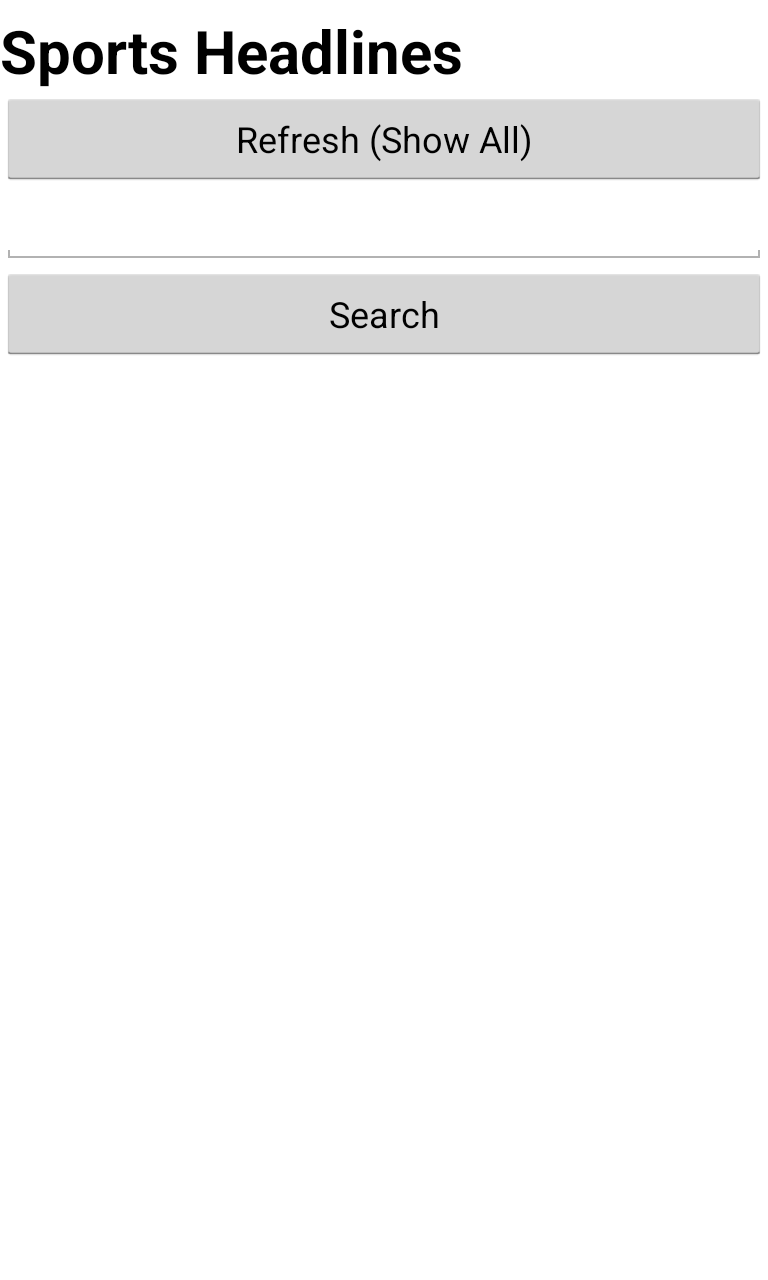
Repository: jbentley313/java2_Bentley2
Layout: sportsHeadlines/res/layout/activity_main.xml
These files come from the project's save history. The layout is drawn as it stood at one moment and after the next save; the edit follows.
It is drawn on a 768 x 1280 px phone screen (xhdpi) without system bars, with theme AppTheme; the app's code is not run. Lists and similar views that code fills are empty.

Above is the layout before, as saved 2014-01-17 01:15:46.

### sportsHeadlines/res/layout/activity_main.xml
<LinearLayout xmlns:android="http://schemas.android.com/apk/res/android"
    xmlns:tools="http://schemas.android.com/tools"
    android:layout_width="fill_parent"
    android:layout_height="wrap_content"
    android:orientation="vertical" >

    <TextView
        android:id="@+id/titleTextView"
        style="@style/TitleStyle"
        android:layout_width="match_parent"
        android:layout_height="wrap_content"
        android:text="@string/sports_headlines" />


    <Button
        android:id="@+id/firstButton"
        android:layout_width="fill_parent"
        android:layout_height="wrap_content"
        android:text="@string/refresh" />

    <EditText
        android:id="@+id/searchTxt"
        android:layout_width="fill_parent"
        android:layout_height="wrap_content"

        />

     <Button
        android:id="@+id/searchButton"
        android:layout_width="fill_parent"
        android:layout_height="wrap_content"
        android:text="@string/search" />

    <TextView
        android:id="@+id/resultTextView"
        android:layout_width="match_parent"
        android:layout_height="wrap_content" />

    <ListView
        android:id="@+id/list"
        android:layout_width="match_parent"
        android:layout_height="wrap_content"
        android:divider="#ffffff"
        style="@style/bgStyle" />


</LinearLayout>

### sportsHeadlines/res/values/styles.xml
<resources xmlns:android="http://schemas.android.com/apk/res/android">

    <!--
        Base application theme, dependent on API level. This theme is replaced
        by AppBaseTheme from res/values-vXX/styles.xml on newer devices.
    -->
    <style name="AppBaseTheme" parent="android:Theme.Light">
        <!--
            Theme customizations available in newer API levels can go in
            res/values-vXX/styles.xml, while customizations related to
            backward-compatibility can go here.
        -->
    </style>

    <!-- Application theme. -->
    <style name="AppTheme" parent="AppBaseTheme">
        <!-- All customizations that are NOT specific to a particular API-level can go here. -->
    </style>

    <style name="TitleStyle">
        <item name="android:textStyle">bold</item>
        <item name="android:textColor">@android:color/black</item>
        <item name="android:textSize">30sp</item>
        <item name="android:paddingTop">5dp</item>
    </style>

    <style name="HLTitleStyle">
        <item name="android:textStyle">bold</item>
        <item name="android:textColor">@android:color/black</item>
        <item name="android:textSize">20sp</item>
        <item name="android:paddingTop">5dp</item>
    </style>

    <style name="bgStyle">
        <item name="android:background">@android:color/holo_blue_light</item>

    </style>

</resources>

### sportsHeadlines/res/values/strings.xml
<?xml version="1.0" encoding="utf-8"?>
<resources>

    <string name="app_name">sportsHeadlines</string>
    <string name="action_settings">Settings</string>
    <string name="hello_world">Hello world!</string>
    <string name="sports_headlines">Sports Headlines</string>
    <string name="headline">Headline</string>
    <string name="last_modified">Last Modified</string>
    <string name="refresh">Refresh (Show All)</string>
    <string name="title_activity_headline_display">HeadlineDisplay</string>
    <string name="title_activity_display_headlines">DisplayHeadlines</string>
    <string name="title_activity_headline">HeadlineActivity</string>
    <string name="more_about_this_on_espn">more about this on ESPN</string>
    <string name="search">Search</string>

</resources>

Loaded but not shown: sportsHeadlines/res/values-v11/styles.xml (common file); sportsHeadlines/res/values-v14/styles.xml (common file)

After the next save:
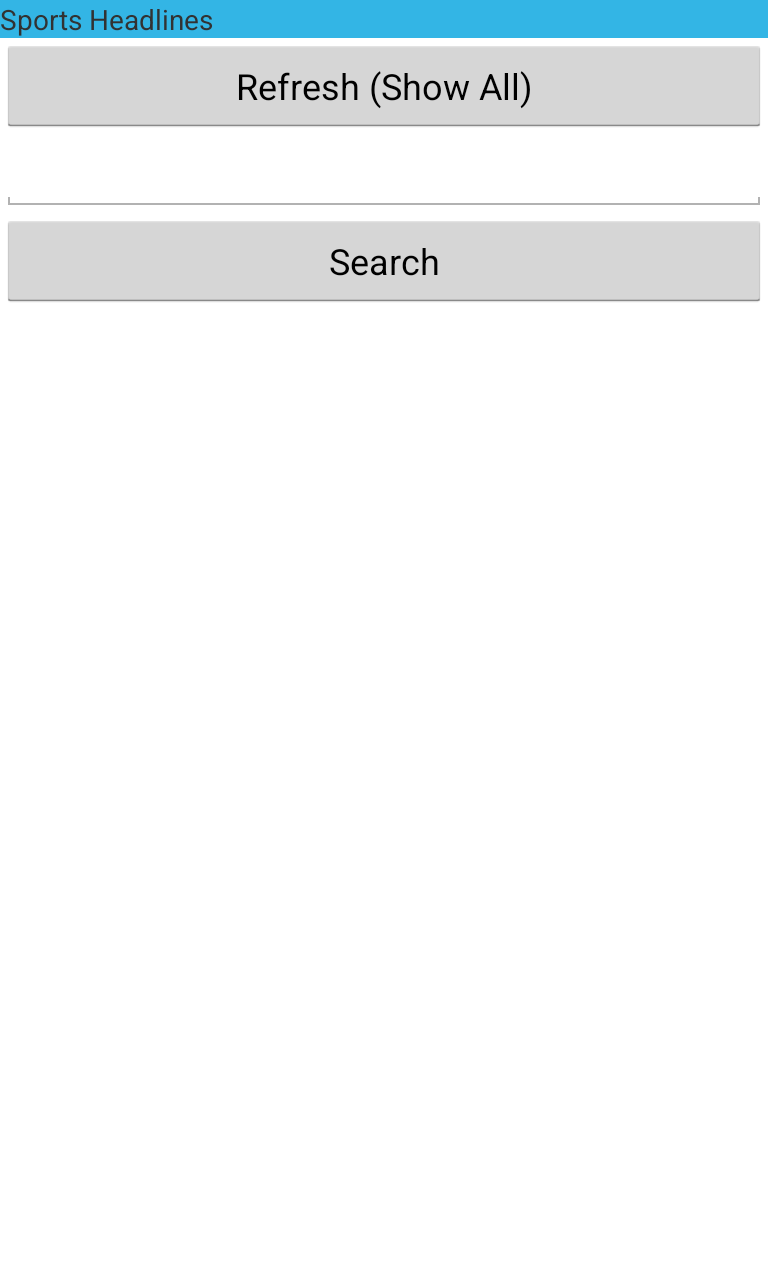
Saved 43 s later.
--- a/sportsHeadlines/res/layout/activity_main.xml
+++ b/sportsHeadlines/res/layout/activity_main.xml
@@ -9,7 +9,8 @@
         style="@style/TitleStyle"
         android:layout_width="match_parent"
         android:layout_height="wrap_content"
-        android:text="@string/sports_headlines" />
+        android:text="@string/sports_headlines"
+        style="@style/bgStyle"/>
 
 
     <Button

After the save that followed:
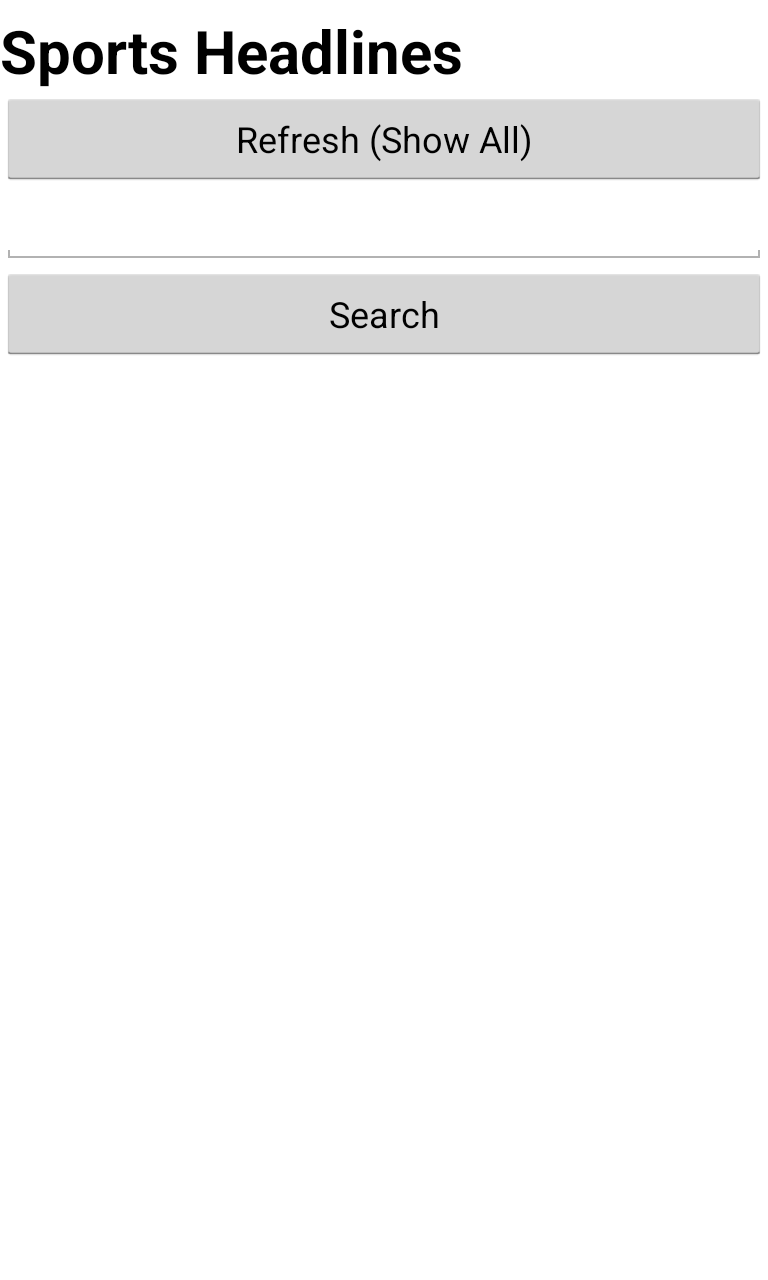
Saved 26 s later.
--- a/sportsHeadlines/res/layout/activity_main.xml
+++ b/sportsHeadlines/res/layout/activity_main.xml
@@ -10,7 +10,7 @@
         android:layout_width="match_parent"
         android:layout_height="wrap_content"
         android:text="@string/sports_headlines"
-        style="@style/bgStyle"/>
+        />
 
 
     <Button
